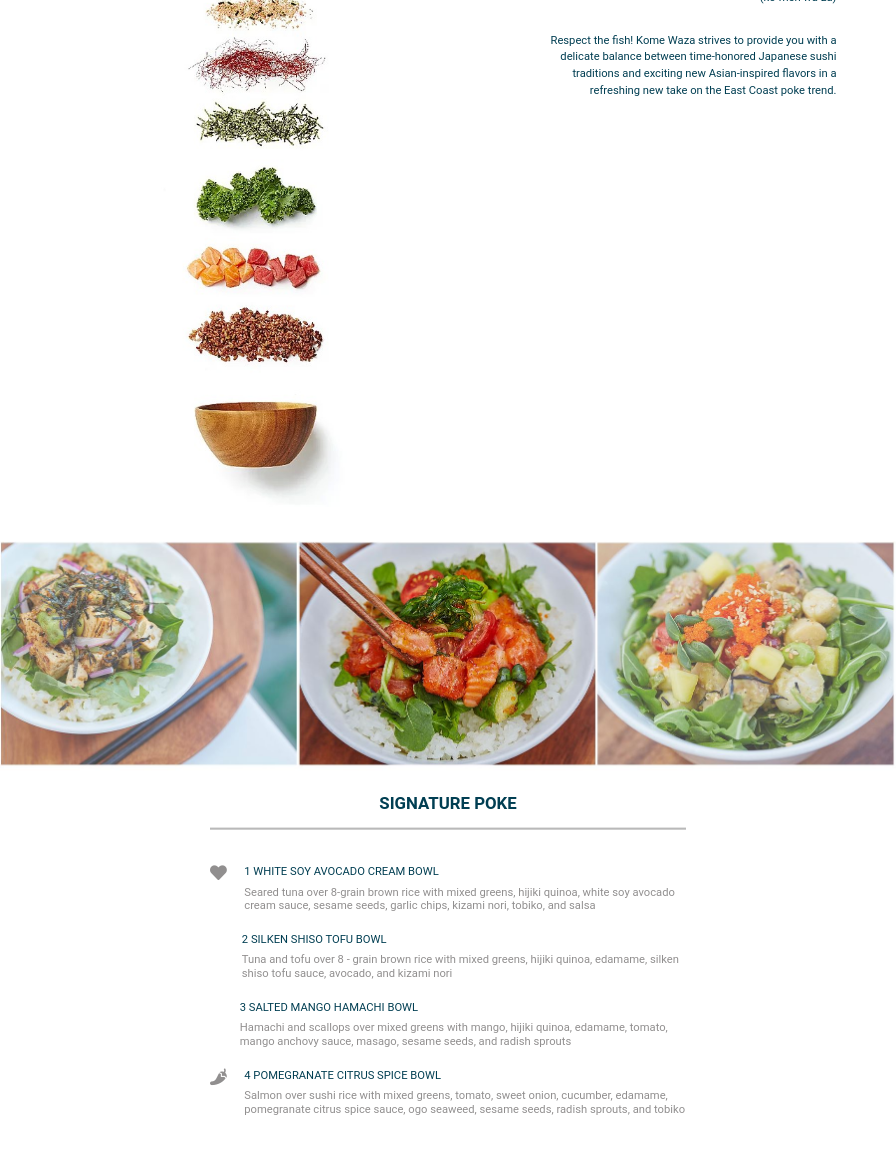
Repository: ypiard85/kome-waza
Page: index.html
The author's editor kept a copy of each file at every save. The page is drawn from the files as they stood at one save, then again after the next save.
The browser window is 1280 px wide. The pictures show the part of the page from y = 915 to 2835 px (the page is 2569 px tall before and 2835 px after), at 70% of full size.

Above is the page before, as saved 2021-02-23 12:00:02.

### index.html
<!DOCTYPE html>
<html lang="en">
  <head>
    <meta charset="UTF-8" />
    <meta http-equiv="X-UA-Compatible" content="IE=edge" />
    <meta name="viewport" content="width=device-width, initial-scale=1.0" />
    <link rel="stylesheet" href="./style.css" />
    <link
      rel="stylesheet"
      href="https://use.fontawesome.com/releases/v5.15.2/css/all.css"
      integrity="sha384-vSIIfh2YWi9wW0r9iZe7RJPrKwp6bG+s9QZMoITbCckVJqGCCRhc+ccxNcdpHuYu"
      crossorigin="anonymous"
    />
    <title>Kome Waza</title>
  </head>

  <body>
    <div class="wrapper">
      <header role="header" class="header">
        <nav role="navbar" class="nav">
          <div class="nav_logo">
            <a href="#">
              <img src="./image/logo-kome-waza.jpg" alt="" />
            </a>
          </div>
          <ul class="nav_link">
            <li><a href="">Home</a></li>
            <li><a href="">Locations</a></li>
            <li><a href="">Online Orders</a></li>
            <li><a href="">Menus</a></li>
            <li><a href="">Catering</a></li>
            <li><a href="">Delivery Options</a></li>
            <li><a href="">More...</a></li>
          </ul>
        </nav>
      </header>
      <div class="img_fond"></div>
      <section class="food_section">
        <div class="food_image">
          <img src="./image/epices.jpg" alt="" />
        </div>
        <div class="food_content">
          <div class="title">
            <h1>Kome Waza</h1>
            <p>(ko-meh wa-za)</p>
          </div>
          <div class="description">
            <p>
              Respect the fish! Kome Waza strives to provide you with a delicate
              balance between time-honored Japanese sushi traditions and
              exciting new Asian-inspired flavors in a refreshing new take on
              the East Coast poke trend.
            </p>
          </div>
        </div>
      </section>
      <section class="carousel_food">
        <img src="./image/images-slider.jpg" alt="" />
      </section>
      <section class="about">
        <h1>SIGNATURE POKE</h1>
        <div class="about_content">
            <span class="fas fa-heart"></span>
            <div class="about_content_info">
                <p class="t">1  WHITE SOY AVOCADO CREAM BOWL</p>
                <p class="description">Seared tuna over 8-grain brown rice with mixed greens, hijiki quinoa, white soy avocado cream sauce, sesame seeds, garlic chips, kizami nori, tobiko, and  salsa</p>
            </div>
        </div>
        <div class="about_content">
            <span></span>
            <div class="about_content_info">
                <p class="t">2  SILKEN SHISO TOFU BOWL</p>
                <p class="description">Tuna and tofu over 8 - grain brown rice with mixed greens, hijiki quinoa, edamame, silken shiso tofu sauce, avocado, and kizami nori
                </p>
            </div>
        </div>
        <div class="about_content">
            <span></span>
            <div class="about_content_info">
                <p class="t">3  SALTED MANGO HAMACHI BOWL</p>
                <p class="description">Hamachi and scallops over mixed greens with mango, hijiki quinoa, edamame, tomato, mango anchovy sauce, masago, sesame seeds, and radish sprouts
                </p>
            </div>
        </div>
        <div class="about_content">
            <span class="fas fa-pepper-hot"></span>
            <div class="about_content_info">
                <p class="t">4  POMEGRANATE CITRUS SPICE BOWL</p>
                <p class="description">Salmon over sushi rice with mixed greens, tomato, sweet onion, cucumber, edamame, pomegranate citrus spice sauce, ogo seaweed, sesame seeds, radish sprouts, and tobiko
                </p>
            </div>
        </div>
      </section>
    </div>
  </body>
</html>

### style.css
:root{
    --menu-color: #003E52;
    --menu-hover: #6cadc2;
    --footer-bg: #003e52;
    --gray-light: rgb(145, 143, 143);
}


*{
    list-style:none;
    text-decoration: none;
    margin: 0;
    padding: 0;
    transition: 0.3s;
    box-sizing: content-box;
    color: var(--menu-color);
}

body{
    font-family: Roboto, sans-serif;
}

.nav{
    display: flex;
    justify-content: space-evenly;
    align-items: center;
    padding: 20px 0;
    border-top: 1px solid gray;
}

.nav_logo a img{
width: 200px;
}

.nav_link{
    display: flex;
}

.nav_link li a{
    margin: 0 10px;
    color: var(--menu-color);
}

.nav_link a:hover{
    color: var(--menu-hover);
}

.img_fond{
    background-image: url('./image/header-image.jpg');
    background-size: cover;
    background-position: center center;
    height: 100vh;
}

.food_section{
    display: flex;
    justify-content: space-evenly;
    text-align: right;
}

.food_section .food_content{
    width: 450px;
}

.food_section .description{
    line-height: 1.5em;
}

.title{
    margin: 40px 0;
}

.title h1{
    margin-bottom: 10px;
}

.carousel_food img{
    width: 100%;
    max-width: 100%;
}

.about{
    display: flex;
    justify-content: center;
    flex-direction: column;
    margin: 0 300px;
    padding: 30px 0;
}

.about  h1{
    border-bottom: 3px solid rgb(185, 185, 185);
    text-align: center;
    padding-bottom: 20px;
    margin-bottom: 50px;
}

.about .about_content{
    display: flex;
    flex-direction: space-between;
}

.about_content span{
width: 30px;
margin-right: 25px;
font-size: 24px;
color: var(--gray-light);
}

.about_content{
    margin-bottom: 30px;
}

.about_content .t{
    margin-bottom: 10px;
    font-weight: normal;
}

.about_content .description{
    color: var(--gray-light);
}

After the next save:
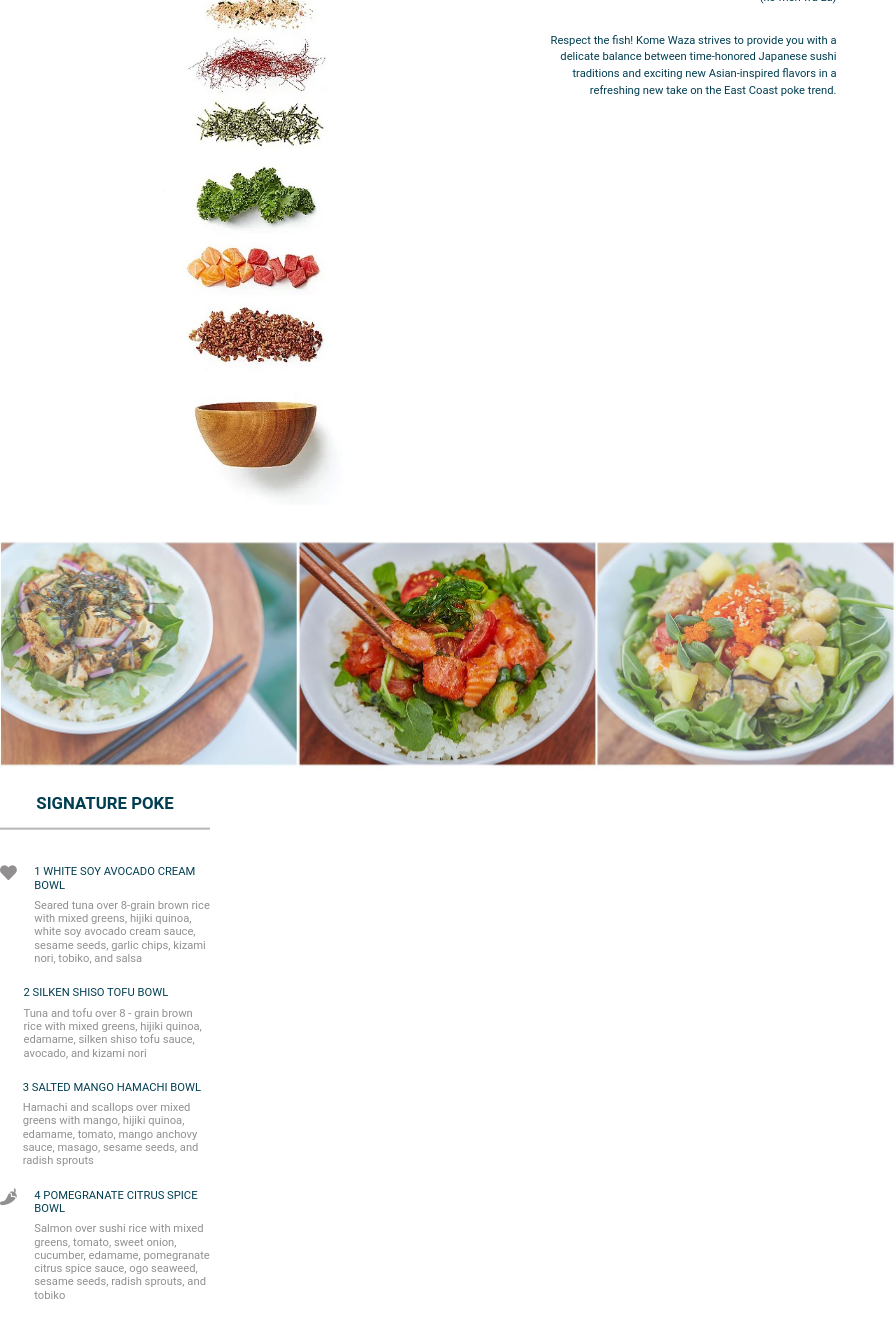
Saved 3 min 11 s later.
--- a/style.css
+++ b/style.css
@@ -83,7 +83,7 @@
     display: flex;
     justify-content: center;
     flex-direction: column;
-    margin: 0 300px;
+    width: 300px;
     padding: 30px 0;
 }
 

After the save that followed:
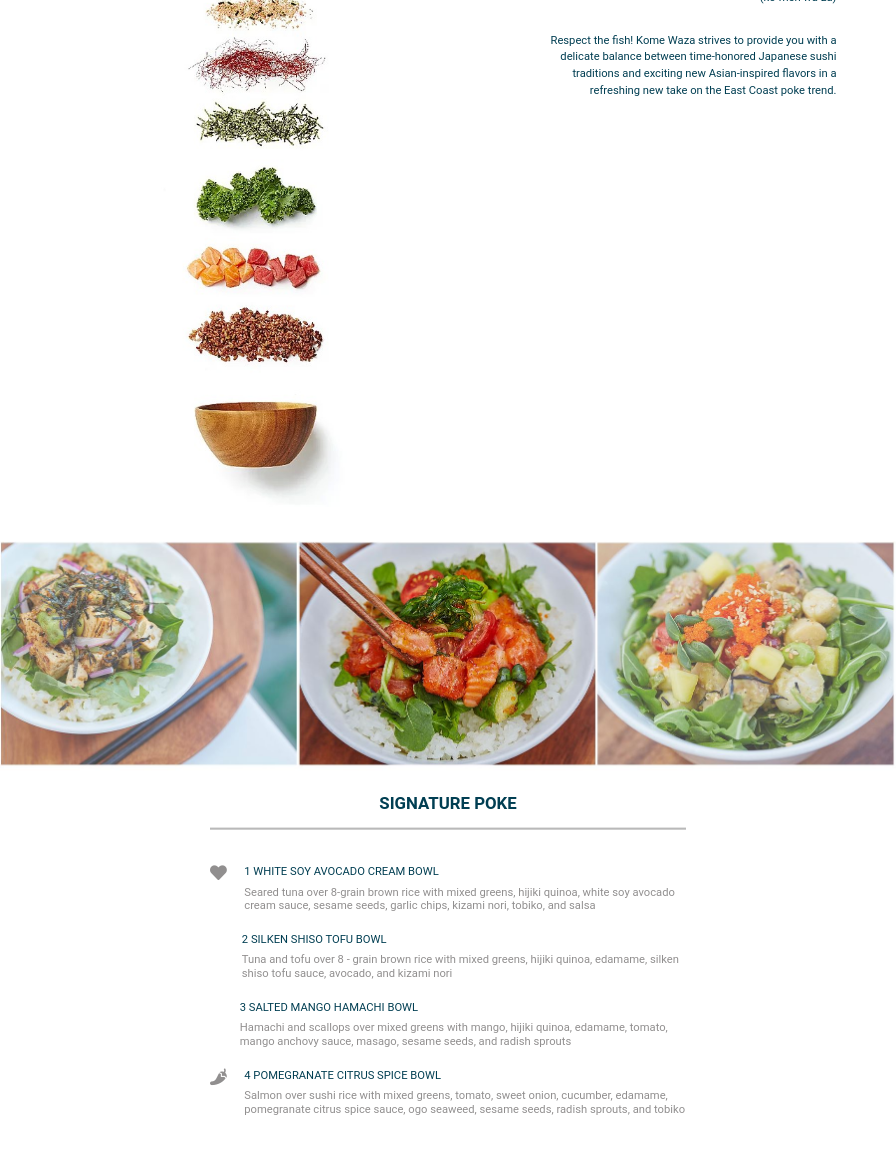
Saved 7 s later.
--- a/style.css
+++ b/style.css
@@ -83,7 +83,7 @@
     display: flex;
     justify-content: center;
     flex-direction: column;
-    width: 300px;
+    margin: 0 300px;
     padding: 30px 0;
 }
 
